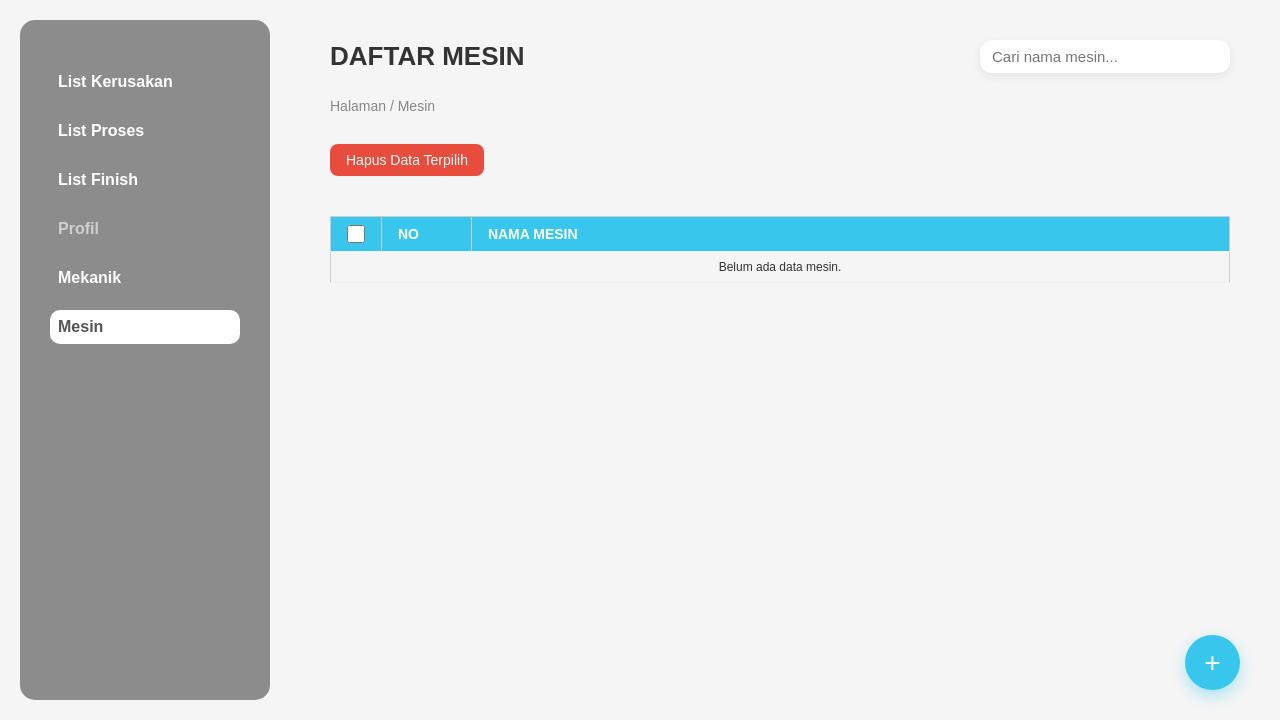
Repository: 1rHub/maintenance
Page: http://localhost/mesin.php
These files come from the project's save history. The page is drawn as it stood at one moment and after the next save; the edit follows.
The browser window is 1280 px wide. The pictures show the whole page.
The page is run by PHP 8.4 with error messages shown; the project is at /var/www/html/. Queries for data that is not in the repository find no rows.

Above is the page before, as saved 2025-10-21 15:10:42.

### mesin.php
<?php
include "koneksi.php";
include "sidebar.php";

// === Tambah Mesin ===
if ($_SERVER["REQUEST_METHOD"] === "POST" && isset($_POST["tambah_mesin"])) {
    $nama = trim($_POST["nama_mesin"]);
    if ($nama !== "") {
        mysqli_query($conn, "INSERT INTO mesin (nama_mesin) VALUES ('$nama')");
    }
    header("Location: mesin.php");
    exit;
}

// === Hapus Mesin (multi delete) ===
if ($_SERVER["REQUEST_METHOD"] === "POST" && isset($_POST["hapus_laporan"])) {
    if (!empty($_POST["selected_id"])) {
        $ids = implode(",", array_map('intval', $_POST["selected_id"]));
        mysqli_query($conn, "DELETE FROM mesin WHERE id IN ($ids)");
    }
    header("Location: mesin.php");
    exit;
}

// === Ambil Semua Mesin ===
$result = mysqli_query($conn, "SELECT * FROM mesin ORDER BY id ASC");
$mesin_list = mysqli_fetch_all($result, MYSQLI_ASSOC);
?>
<!DOCTYPE html>
<html lang="id">

<head>
    <meta charset="UTF-8">
    <title>Data Mesin</title>
    <link rel="stylesheet" href="assets/css/style.css">
    <style>
        body {
            font-family: 'Poppins', sans-serif;
        }

        /* === MAIN CONTAINER === */
        .main-container {
            margin-left: 30px;
            padding: 40px 10px 80px;
            overflow-x: hidden;
        }

        #mesinTable {
            width: 100%;
            min-width: 900px;
            table-layout: auto;
        }

        .header-row {
            display: flex;
            align-items: center;
            justify-content: space-between;
            margin-bottom: 25px;
        }

        h1 {
            font-size: 26px;
            font-weight: 700;
            color: #333;
            margin: 0;
            padding-bottom: ;
        }

        .breadcrumb {
            color: #888;
            font-size: 14px;
            margin-bottom: 30px;
        }

        /* === SEARCH BOX === */
        .search-box {
            display: flex;
            align-items: center;
            background: #fff;
            border-radius: 12px;
            box-shadow: 0 3px 10px rgba(0, 0, 0, 0.08);
            padding: 8px 12px;
            width: 250px;
        }

        .search-box input {
            flex: 1;
            border: none;
            outline: none;
            background: transparent;
            font-size: 15px;
        }

        .table {
            width: 100%;
            border-collapse: collapse;
            table-layout: fixed;
            min-width: 700px;
        }

        th,
        td {
            padding: 8px 16px;
            border-bottom: 1px solid #eee;
        }

        th {
            background: #39c6ed;
            color: white;
            text-transform: uppercase;
            font-size: 14px;
        }

        td {
            color: #333;
            font-weight: 500;
        }

        /* === CHECKBOX === */
        input[type="checkbox"] {
            width: 18px;
            height: 18px;
            cursor: pointer;
        }

        /* === BUTTON HAPUS DI LUAR TABEL === */
        .hapus-btn {
            background: #e74c3c;
            color: #fff;
            border: none;
            padding: 8px 16px;
            border-radius: 8px;
            font-size: 14px;
            cursor: pointer;
            transition: 0.2s;
            margin-bottom: 20px;
        }

        .hapus-btn:hover {
            background: #c0392b;
            transform: scale(1.05);
        }

        /* === FLOATING ADD BUTTON === */
        .float-btn {
            position: fixed;
            bottom: 30px;
            right: 40px;
            background-color: #39c6ed;
            color: #fff;
            font-size: 28px;
            width: 55px;
            height: 55px;
            border-radius: 50%;
            border: none;
            box-shadow: 0 6px 15px rgba(57, 198, 237, 0.4);
            cursor: pointer;
            transition: 0.3s ease;
        }

        .float-btn:hover {
            background-color: #2da8cf;
            transform: scale(1.1);
        }

        .popup {
            display: none;
            position: fixed;
            top: 0;
            left: 0;
            width: 100%;
            height: 100%;
            background: rgba(0, 0, 0, 0.4);
            justify-content: center;
            align-items: center;
            z-index: 999;
        }

        .popup-content {
            background: #fff;
            border-radius: 12px;
            padding: 20px 30px;
            box-shadow: 0 5px 15px rgba(0, 0, 0, 0.2);
            animation: fadeIn 0.2s ease;
        }

        .close-btn2 {
            float: right;
            font-size: 22px;
            cursor: pointer;
        }

        .popup-content form input[type="text"] {
            width: 100%;
            padding: 10px;
            margin-bottom: 12px;
            border: 1px solid #ccc;
            border-radius: 6px;
        }

        .popup-content button {
            background: #39c6ed;
            color: #fff;
            border: none;
            padding: 8px 16px;
            border-radius: 6px;
            cursor: pointer;
        }

        .popup-content button:hover {
            background: #2da8cf;
        }

        /* === POPUP TAMBAH MESIN === */
        #popupTambah .popup-content {
            width: 400px;
            max-width: 90%;
        }

        /* === POPUP RIWAYAT MESIN === */
        #popupRiwayatMesin .popup-content {
            width: 90%;
            max-width: 1100px;
            /* bisa kamu ubah ke 1000–1200px sesuai selera */
            overflow-x: auto;
            max-height: 85vh;
        }

        #popupRiwayatMesin table {
            width: 100%;
            border-collapse: collapse;
            margin-top: 10px;
        }

        #popupRiwayatMesin th,
        #popupRiwayatMesin td {
            padding: 8px 10px;
            border-bottom: 1px solid #eee;
            text-align: left;
        }

        #popupRiwayatMesin th {
            background: #39c6ed;
            color: #fff;
            font-size: 14px;
            text-transform: uppercase;
        }
    </style>
</head>

<body>
    <div class="main-container">

        <!-- === HEADER ROW === -->
        <div class="header-row">
            <h1>DAFTAR MESIN</h1>
            <div class="search-box">
                <input type="text" id="searchMesin" placeholder="Cari nama mesin...">
            </div>
        </div>
        <p class="breadcrumb">Halaman / Mesin</p>

        <!-- === BUTTON HAPUS DI LUAR TABEL === -->
        <form method="POST" id="formHapus">
            <button type="button" class="hapus-btn" onclick="showHapusPopup()">Hapus Data Terpilih</button>

            <div class="table-wrapper">
                <table id="mesinTable" class="table">
                    <thead>
                        <tr>
                            <th style="width:5%; text-align:center;"><input type="checkbox" id="selectAll"></th>
                            <th style="width:10%;">No</th>
                            <th>Nama Mesin</th>
                        </tr>
                    </thead>
                    <tbody>
                        <?php if (count($mesin_list) > 0): ?>
                            <?php $no = 1;
                            foreach ($mesin_list as $m): ?>
                                <tr class="data-row">
                                    <td style="text-align:center;">
                                        <input type="checkbox" name="selected_id[]" value="<?= $m['id'] ?>">
                                    </td>
                                    <td><?= $no++ ?></td>
                                    <td>
                                        <a href="#" onclick="openRiwayatMesin('<?= htmlspecialchars($m['nama_mesin']) ?>')">
                                            <?= htmlspecialchars($m['nama_mesin']) ?>
                                        </a>
                                    </td>
                                </tr>
                            <?php endforeach; ?>
                        <?php else: ?>
                            <tr>
                                <td colspan="3" style="text-align:center;">Belum ada data mesin.</td>
                            </tr>
                        <?php endif; ?>
                    </tbody>
                </table>
            </div>
        </form>

    </div>

    <!-- ➕ Floating Add Button -->
    <button class="float-btn" onclick="openTambahPopup()">+</button>

    <!-- === POPUP TAMBAH (SAMA SEPERTI KODEMU) === -->
    <div class="popup" id="popupTambah">
        <div class="popup-content">
            <span class="close-btn2" onclick="closeTambahPopup()">&times;</span>
            <h2>Tambah Mesin Baru</h2>
            <form method="POST">
                <input type="text" name="nama_mesin" placeholder="Nama mesin baru" required>
                <button type="submit" name="tambah_mesin">Tambah</button>
            </form>
        </div>
    </div>

    <!-- === POPUP RIWAYAT (SAMA SEPERTI KODEMU) === -->
    <div class="popup" id="popupRiwayatMesin">
        <div class="popup-content" style="max-width:900px;">
            <span class="close-btn2" onclick="closeRiwayatMesin()">&times;</span>
            <h2 id="riwayatMesinTitle">Riwayat Mesin</h2>
            <table>
                <thead>
                    <tr>
                        <th>Tanggal</th>
                        <th>Pelapor</th>
                        <th>Divisi</th>
                        <th>Keterangan</th>
                        <th>Mekanik</th>
                        <th>Pesan Mekanik</th>
                        <th>Kategori</th>
                    </tr>
                </thead>
                <tbody id="riwayatMesinTable">
                    <tr>
                        <td colspan="7" style="text-align:center;">Pilih mesin untuk melihat riwayat.</td>
                    </tr>
                </tbody>
            </table>
        </div>
    </div>

    <!-- === POPUP KONFIRMASI HAPUS === -->
    <div class="popup" id="popupHapus">
        <div class="popup-content" style="width:380px; text-align:center;">
            <h3 style="margin-bottom:15px;">Konfirmasi Hapus</h3>
            <p style="color:#555; margin-bottom:25px;">Apakah kamu yakin ingin menghapus data mesin terpilih?</p>
            <div style="display:flex; justify-content:center; gap:15px;">
                <button onclick="closeHapusPopup()"
                    style="background:#ccc; border:none; color:#333; padding:8px 14px; border-radius:6px; cursor:pointer;">Batal</button>
                <button id="btnHapusYa"
                    style="background:#e74c3c; border:none; color:white; padding:8px 14px; border-radius:6px; cursor:pointer;">Ya,
                    Hapus</button>
            </div>
        </div>
    </div>


    <script>
        // === SELECT ALL CHECKBOX ===
        document.getElementById('selectAll').addEventListener('change', function () {
            const checkboxes = document.querySelectorAll('input[name="selected_id[]"]');
            checkboxes.forEach(cb => cb.checked = this.checked);
        });

        // === LIVE SEARCH ===
        document.getElementById('searchMesin').addEventListener('input', function () {
            const query = this.value.toLowerCase();
            const rows = document.querySelectorAll('#mesinTable tbody tr.data-row');
            let visible = 0;
            rows.forEach(row => {
                const nama = row.cells[2].textContent.toLowerCase();
                if (nama.includes(query)) {
                    row.style.display = '';
                    visible++;
                } else {
                    row.style.display = 'none';
                }
            });

            const tbody = document.querySelector('#mesinTable tbody');
            let emptyRow = document.getElementById('noResultRow');
            if (visible === 0) {
                if (!emptyRow) {
                    emptyRow = document.createElement('tr');
                    emptyRow.id = 'noResultRow';
                    emptyRow.innerHTML = `<td colspan="3" style="text-align:center; height:60px; color:#888;">Tidak ada mesin yang cocok.</td>`;
                    tbody.appendChild(emptyRow);
                }
            } else if (emptyRow) {
                emptyRow.remove();
            }
        });

        // === POPUP TAMBAH MESIN ===
        function openTambahPopup() {
            document.getElementById('popupTambah').style.display = 'flex';
        }

        function closeTambahPopup() {
            document.getElementById('popupTambah').style.display = 'none';
        }

        // === POPUP RIWAYAT MESIN ===
        function openRiwayatMesin(nama) {
            document.getElementById('riwayatMesinTitle').textContent = "Riwayat Mesin: " + nama;
            document.getElementById('popupRiwayatMesin').style.display = 'flex';
        }

        function closeRiwayatMesin() {
            document.getElementById('popupRiwayatMesin').style.display = 'none';
        }

        // === POPUP VALIDASI HAPUS ===
        function showHapusPopup() {
            const checkboxes = document.querySelectorAll('input[name="selected_id[]"]:checked');
            if (checkboxes.length === 0) {
                alert("Pilih minimal satu data mesin untuk dihapus.");
                return;
            }
            document.getElementById('popupHapus').style.display = 'flex';
        }

        function closeHapusPopup() {
            document.getElementById('popupHapus').style.display = 'none';
        }

        document.getElementById('btnHapusYa').addEventListener('click', function () {
            document.getElementById('formHapus').submit();
        });

    </script>

</body>

</html>

### koneksi.php
<?php
$host = "localhost";
$user = "root";
$pass = "";
$db   = "db_laporan";

$conn = new mysqli($host, $user, $pass, $db);

if ($conn->connect_error) {
    die("Koneksi gagal: " . $conn->connect_error);
}
?>

### sidebar.php
<?php

$current_page = basename($_SERVER['PHP_SELF']);
?>

<head>
    <link rel="stylesheet" href="assets/css/style.css">
</head>
<div class="sidebar">
    <ul class="menu">
        <li>
            <a href="dashboard_laporan.php" class="<?= $current_page == 'dashboard_laporan.php' ? 'active' : '' ?>">
                List Kerusakan
            </a>
        </li>
        <li>
            <a href="list_proses.php" class="<?= $current_page == 'list_proses.php' ? 'active' : '' ?>">
                List Proses
            </a>
        </li>
        <li>
            <a href="list_finish.php" class="<?= $current_page == 'list_finish.php' ? 'active' : '' ?>">
                List Finish
            </a>
        </li>
        <li>
            <a href="#" class="disabled">Profil</a>
        </li>
        <li>
            <a href="mekanik.php" class="<?= $current_page == 'mekanik.php' ? 'active' : '' ?>">
                Mekanik
            </a>
        </li>
        <li>
            <a href="mesin.php" class="<?= $current_page == 'mesin.php' ? 'active' : '' ?>">
                Mesin
            </a>
        </li>
    </ul>
    <?php if ($current_page == 'dashboard_laporan.php'): ?>
        <button class="register-btn" onclick="openPopup()">Registrasi Laporan</button>
    <?php endif; ?>
</div>

### assets/css/style.css
* {
	margin: 0;
	padding: 0;
	box-sizing: border-box;
}

body {
	font-family: -apple-system, BlinkMacSystemFont, 'Segoe UI', Roboto, Oxygen, Ubuntu, Cantarell, sans-serif;
	background-color: #f5f5f5;
	display: flex;
	height: 100vh;
}

.sidebar {
	width: 250px;
	background-color: #8c8c8c;
	padding: 30px;
	display: flex;
	flex-direction: column;
	justify-content: space-between;
	border-radius: 15px;
	margin: 20px;
}

.menu {
	list-style: none;
}

.menu li {
	margin: 15px 0;
}

.menu a {
	text-decoration: none;
	font-weight: bold;
	font-size: 16px;
	color: white;
	display: block;
	padding: 8px 8px;
	border-radius: 10px;
}

.menu a.active {
	background-color: white;
	color: #555;
}

.menu a.disabled {
	color: #cfcfcf;
	pointer-events: none;
}

.register-btn {
	background-color: white;
	border: none;
	padding: 10px;
	border-radius: 10px;
	font-weight: bold;
	cursor: pointer;
}

.main-content {
	flex: 1;
	padding: 40px;
}

.main-content h1 {
	font-size: 28px;
	font-weight: bold;
}

.main-content2 {
	margin-bottom: 38px;
}

.breadcrumb {
	margin-top: 5px;
	color: gray;
}

 /* silang pada Detail Laporan */
.popup {
  display: none;
  position: fixed;
  top: 0; left: 0;
  width: 100%;
  height: 100%;
  background: rgba(0,0,0,0.5);
  justify-content: center;
  align-items: center;
  z-index: 1000;
}

.popup-content {
  background: #fff;
  padding: 20px;
  border-radius: 12px;
  width: 400px;
  position: relative;
}

.close-btn {
	float: right;
    position: absolute;
    top: 40px;
    right: 40px;
    font-weight: bold;
	font-size: 25px;
    color: #909090;
    cursor: pointer;
    z-index: 10000; /* pastikan di atas semua isi popup */
}

.close-btn:hover {
    color: #000;
}

.popup-content h2 {
	margin-bottom: 15px;
}

.popup-content label {
	display: block;
	margin-top: 10px;
	font-weight: bold;
}

.popup-content input,
.popup-content select,
.popup-content textarea {
	width: 100%;
	padding: 8px;
	margin-top: 5px;
	border-radius: 5px;
	border: 1px solid #ccc;
}

.popup-content button {
	margin-top: 15px;
	padding: 10px;
	border: none;
	border-radius: 8px;
	background: #8c8c8c;
	color: white;
	font-weight: bold;
	cursor: pointer;
}

.hapus-float-btn {
	position: fixed;
	bottom: 25px;
	right: 25px;
	background-color: #e74c3c;
	color: white;
	padding: 12px 18px;
	border: none;
	border-radius: 8px;
	cursor: pointer;
	font-size: 15px;
	box-shadow: 0 4px 12px rgba(0, 0, 0, 0.2);
	transition: all 0.25s ease;
	z-index: 1000;
}

.hapus-float-btn:hover {
	background-color: #c0392b;
	transform: scale(1.05);
}

table {
	font-size: 12px;
	margin-top: 20px;
	width: 100%;
	border-collapse: collapse;
}

table thead {
	background: #39c6ed;
}

table,
th,
td {
	border: 1px solid #ccc;
}

th,
td {
	padding: 10px;
	text-align: left;
}

.filter {
	display: flex;
	align-items: center;
	gap: 15px;
	margin-top: 20px;
	margin-bottom: 15px;
}

.filter label {
	font-weight: bold;
}

.filter input[type="date"],
.filter select {
	padding: 5px 10px;
	border: 1px solid #ccc;
	border-radius: 6px;
	cursor: pointer;
}

.filter button {
	background-color: #39c6ed;
	color: white;
	border: none;
	border-radius: 6px;
	padding: 6px 12px;
	cursor: pointer;
	transition: 0.2s;
}

.filter button:hover {
	background-color: #666;
}

.success {
	color: green;
	font-weight: bold;
	margin-top: 10px;
}

.warning {

	color: #ff0000;
	font-weight: bold;
	margin-top: 10px;
}

.kategori {
	font-weight: bold;
	padding: 6px;
	border-radius: 6px;
	color: #fff;
	text-align: center;
}

.kategori.biasa {
	display: list-item;
	margin-top: 3px;
	color: #29b513;

}

.kategori.sedang {
	display: list-item;
	margin-top: 3px;
	color: #efae15;
}

.kategori.urgent {
	display: list-item;
	margin-top: 3px;
	color: #e74c3c;
}

#laporanTable a {
	color: inherit;
	text-decoration: none;
	cursor: pointer;
}

@keyframes fadeIn {
	from {
		opacity: 0;
		transform: scale(0.9);
	}

	to {
		opacity: 1;
		transform: scale(1);
	}
}

a {
	color: inherit;
	text-decoration: none;
}

a:hover {
	text-decoration: underline;
}

.mekanik-list {
	display: flex;
	flex-direction: column;
	gap: 8px;
	margin-top: 10px;
}

.mekanik-item {
	display: flex;
	align-items: center;
	gap: 10px;
}

.mekanik-item label {
	font-weight: 400;
	color: #000000;
	cursor: pointer;
}

.mekanik-item input[type="checkbox"] {
	width: 18px;
	height: 18px;
	accent-color: #555;
	cursor: pointer;
}

.header-container {
	display: flex;
	justify-content: space-between;
	align-items: center;
}

.menu-opsi {
	position: relative;
	display: inline-block;
}

.menu-btn {
	background: none;
	border: none;
	font-size: 22px;
	cursor: pointer;
	padding: 5px;
	color: #333;
}

.dropdown-menu {
	display: none;
	position: absolute;
	right: 0;
	top: 30px;
	background-color: white;
	border: 1px solid #ddd;
	border-radius: 6px;
	box-shadow: 0 5px 15px rgba(0, 0, 0, 0.1);
	z-index: 100;
	width: 180px;
}

.dropdown-menu button {
	width: 100%;
	border: none;
	background: none;
	padding: 10px;
	text-align: left;
	cursor: pointer;
	font-size: 14px;
}

.dropdown-menu button:hover {
	background-color: #f0f0f0;
}

.status.ditunda {
	font-style: italic;
}

.temp-alert {
	position: fixed;
	top: 80px;
	right: 30px;
	background-color: 1;
	color: #2c3e50;
	padding: 12px 20px;
	border-radius: 6px;
	box-shadow: 0 4px 10px rgba(0, 0, 0, 0.15);
	font-size: 14px;
	z-index: 2000;
	opacity: 1;
	transition: opacity 0.5s ease;
}

/* Warna untuk jenis alert berbeda */
.temp-alert.warning {
	color: rgb(255, 196, 0);
}

.temp-alert.success {
	background-color: #27ae60;
	color: white;
}

.temp-alert.error {
	background-color: #e74c3c;
	color: white;
}

.temp-alert.info {
	background-color: #3498db;
	color: white;
}

.laporan-header {
	text-align: center;
	margin-bottom: 20px;
}

.laporan-header img {
	width: 250px;
	height: auto;
	margin-bottom: 10px;
}

.laporan-header h2 {
	margin: 0;
	font-size: 15px;
	color: #333;
}

.filter {
	margin-bottom: 15px;
}

/* Sembunyikan elemen ini saat mencetak */
@media print {

	.filter,
	.menu-opsi,
	.sidebar {
		display: none !important;
	}

	.main-content {
		margin-left: 0;
	}
}

#noData {
	display: none;
	text-align: center;
	color: #000000ff;
	font-size: 12px;
	margin-top: 30px;
}

body { font-family: Arial, sans-serif; }
        .mekanik-container { margin-left: 220px; padding: 20px; }
        .mekanik-list {
            display: grid;
            grid-template-columns: repeat(auto-fill, minmax(220px, 1fr));
            gap: 16px;
            margin-top: 20px;
        }
        .mekanik-card {
            background: white;
            border-radius: 10px;
            box-shadow: 0 5px 15px rgba(0,0,0,0.1);
            padding: 16px;
            text-align: center;
            transition: 0.3s;
            cursor: pointer;
        }
        .mekanik-card:hover {
            background: #39c6ed;
            color: white;
            transform: translateY(-3px);
        }
        .editable {
            border: none;
            background: transparent;
            text-align: center;
            width: 100%;
            font-size: 16px;
            font-weight: 500;
            outline: none;
            cursor: pointer;
        }
        .float-btn {
            position: fixed;
            bottom: 25px;
            right: 25px;
            background: #39c6ed;
            color: white;
            border: none;
            border-radius: 50%;
            width: 55px;
            height: 55px;
            font-size: 28px;
            cursor: pointer;
            box-shadow: 0 5px 15px rgba(0,0,0,0.3);
        }
        .popup {
            display: none;
            position: fixed;
            top: 0; left: 0;
            width: 100%; height: 100%;
            background-color: rgba(0,0,0,0.4);
            justify-content: center;
            align-items: center;
            z-index: 999;
        }
        .popup-content {
            background: white;
            padding: 35px;
            border-radius: 10px;
            width: 550px;
            max-height: 85vh;
            overflow-y: auto;
            animation: fadeIn 0.3s ease;
        }
        @keyframes fadeIn {
            from { opacity: 0; transform: translateY(-10px); }
            to { opacity: 1; transform: translateY(0); }
        }
        .popup-content table {
            width: 100%;
            border-collapse: collapse;
        }
        .popup-content th, .popup-content td {
            border: 1px solid #ccc;
            padding: 8px;
            text-align: center;
        }
        .btn-row {
            margin-top: 20px;
            display: flex;
            justify-content: flex-end;
            gap: 10px;
        }
        .hapus-btn {
            background: #e74c3c !important;
            border: none;
            color: white;
            padding: 8px 16px;
            border-radius: 6px;
            cursor: pointer;
            font-size: 15px;
        }
        .edit-btn {
            background: #39c6ed !important;
            border: none;
            color: white;
            padding: 8px 16px;
            border-radius: 6px;
            cursor: pointer;
            font-size: 15px;
        }
        .close-btn { float: right; cursor: pointer; font-size: 20px; }
        #editNamaInput {
            display: none;
            width: 80%;
            padding: 6px;
            margin-top: 8px;
            border-radius: 5px;
            border: 1px solid #ccc;
            text-align: center;
        }

After the next save:
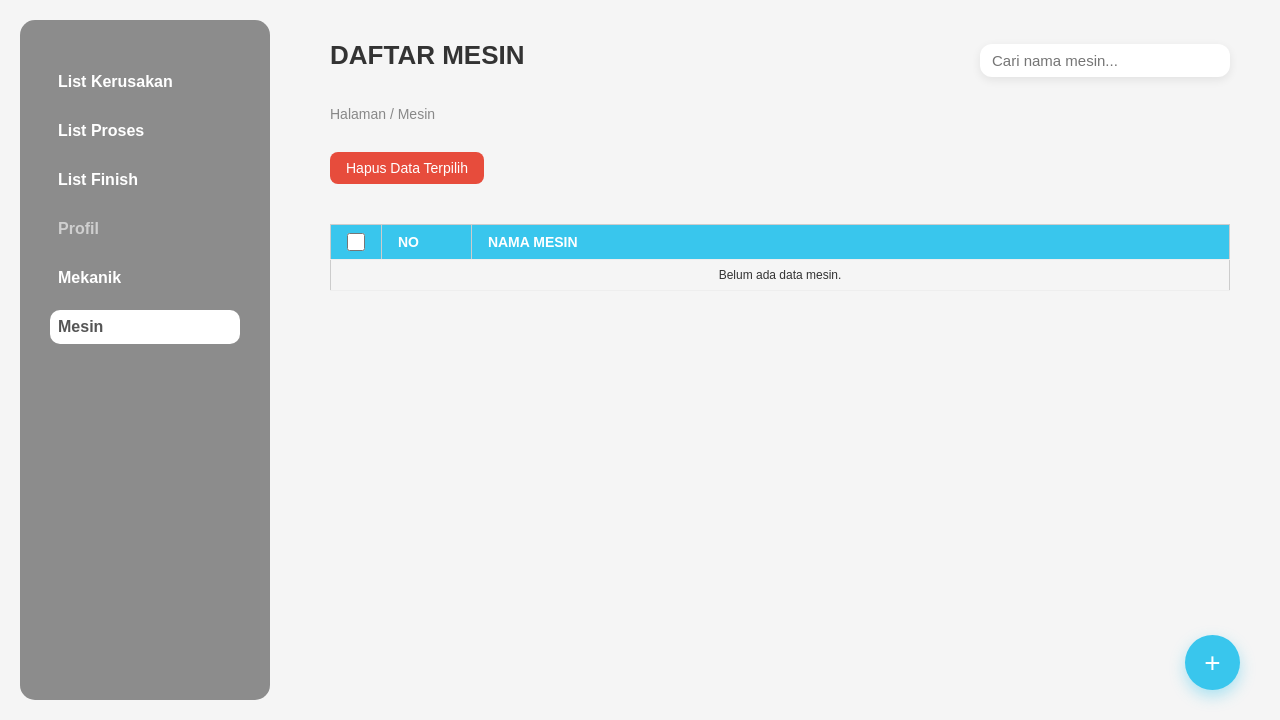
Saved 4 s later.
--- a/mesin.php
+++ b/mesin.php
@@ -63,7 +63,7 @@ $mesin_list = mysqli_fetch_all($result, MYSQLI_ASSOC);
             font-weight: 700;
             color: #333;
             margin: 0;
-            padding-bottom: ;
+            padding-bottom: 10px;
         }
 
         .breadcrumb {
